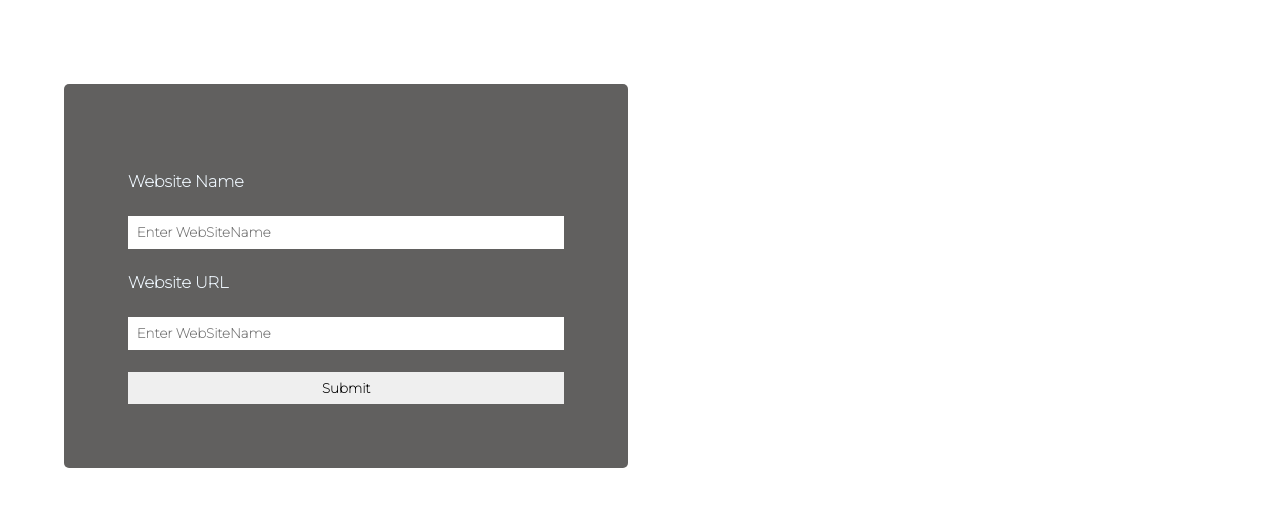
Repository: Suporl9/BookMarkerApp
Page: index.html
The author's editor kept a copy of each file at every save. The page is drawn from the files as they stood at one save, then again after the next save.
The browser window is 1280 px wide. The pictures show the whole page.

Above is the page before, as saved 2021-11-21 20:54:29.

### index.html
<!DOCTYPE html>
<html lang="en">
  <head>
    <meta charset="UTF-8" />
    <meta http-equiv="X-UA-Compatible" content="IE=edge" />
    <meta name="viewport" content="width=device-width, initial-scale=1.0" />
    <link rel="stylesheet" href="./style.css" />
    <title>Document</title>
  </head>
  <body>
    <div class="container">
      <div class="innerContainer">
        <div class="bookmarkerSection"><h1>Bookmarker App</h1></div>
        <div class="vh"></div>
        <div class="formInput">
          <form class="formSec">
            <h2>Bookmark a website</h2>
            <div class="sitesec">
              <label class="labc" name="siteName">Website Name</label>
              <input
                type="text"
                name="sitename"
                placeholder="Enter WebSiteName"
                class="inpClass"
              />
              <label class="labc" name="siteName">Website URL</label>
              <input
                type="text"
                name="sitename"
                class="inpClass"
                placeholder="Enter WebSiteName"
              />
              <button class="submBtn">Submit</button>
            </div>
          </form>
        </div>
        <div class="toBeAdded">Hello</div>
        <footer class="footer">
          <p>&copy; 2022 Bookmarker App</p>
        </footer>
      </div>
    </div>
  </body>
</html>

### style.css
@import url("https://fonts.googleapis.com/css2?family=Montserrat:wght@100&display=swap");

:root {
  --main-bg-color: rgb(255, 255, 255);
  --main-grey: rgb(97, 96, 95);
}
* {
  /* background-color: var(--main-bg-color); */
  font-family: "Montserrat", sans-serif;
  box-sizing: border-box; /* includes padding in height and width(the box outside doesnot get bigger when adding padding and stuff)*/
  margin: 0;
  padding: 0;
  font-weight: bold;
  border: none;
}
body {
  /* background: #0d0d0d;
  font-family: "Poppins", sans-serif; */
  width: 90%;
  margin: auto;
  line-height: 1.5;
  color: #fff;
}
.container {
  /* background-color: var(--main-bg-color); */
  font-family: "Montserrat", sans-serif;
  /* margin: auto; */
  /* width: 80%;
  display: flex;
  justify-content: center; */
}
.innerContainer,
.formSec {
  display: flex;
  flex-direction: column;
  width: 70%;
}
.sitesec {
  display: flex;
  flex-direction: column;
  background-color: var(--main-grey);
  padding: 4rem;
  border-radius: 5px;
  color: aliceblue;
}
.submBtn {
  margin-top: 5%;
  padding: 0.5rem;
}
.inpClass {
  margin-top: 5%;
  padding: 2%;
}
.labc {
  margin-top: 5%;
}
/* .formSec,
.sitesec {
  display: flex;
  flex-direction: column;
} */
/* .sitesec {
  display: flex;
  flex-direction: column;
}
 */

After the next save:
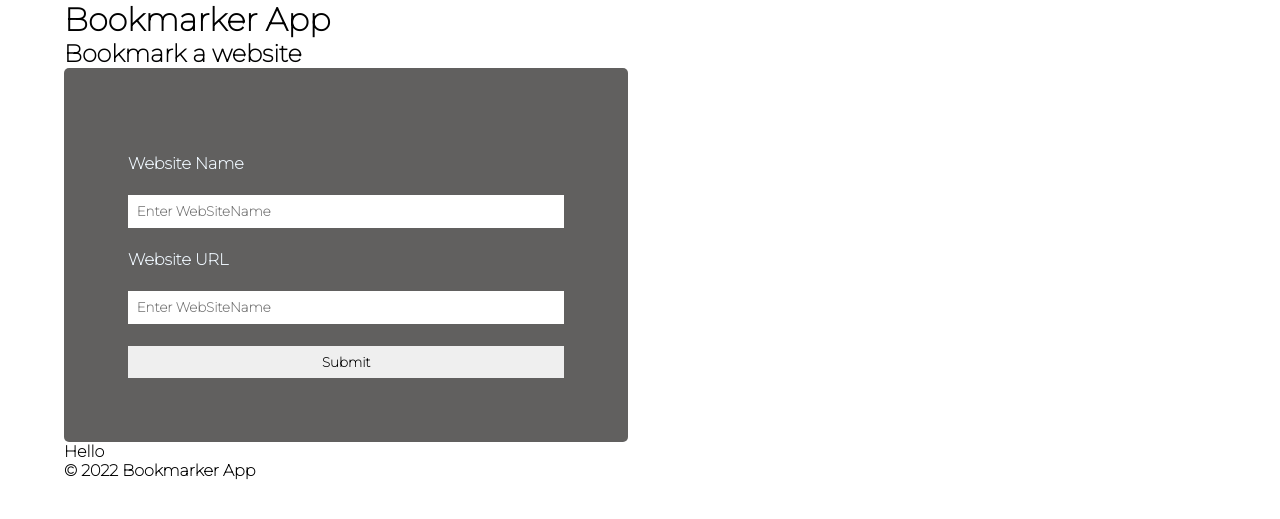
Saved 9 s later.
--- a/style.css
+++ b/style.css
@@ -18,8 +18,8 @@ body {
   font-family: "Poppins", sans-serif; */
   width: 90%;
   margin: auto;
-  line-height: 1.5;
-  color: #fff;
+  /* line-height: 1.5;
+  color: #fff; */
 }
 .container {
   /* background-color: var(--main-bg-color); */
